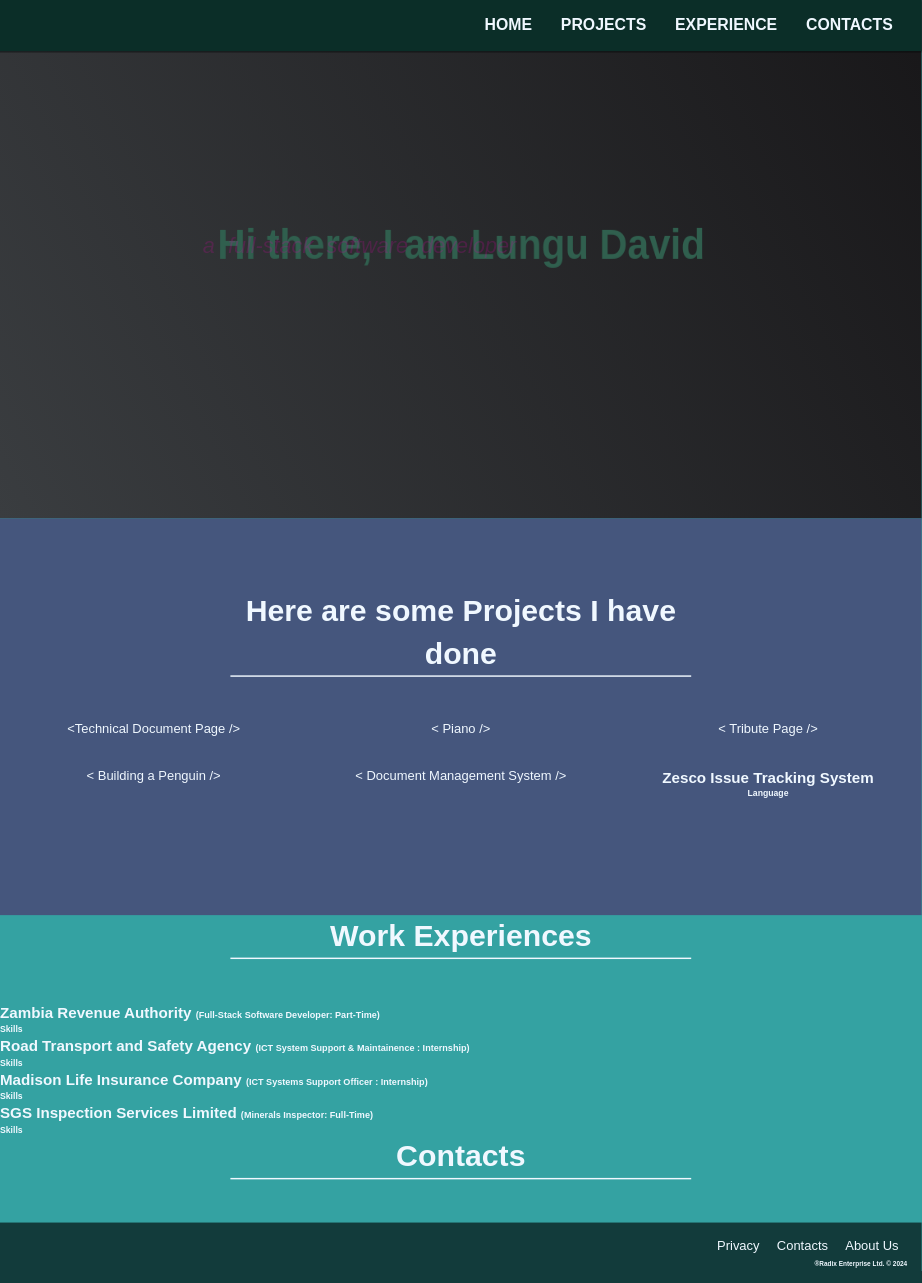
Repository: Lungdjos/personal_portifolio
Page: html/index.html
An editor plug-in stored every save of this project. The page is shown before and after a run of saves, followed by the edit.
The browser window is 1280 px wide. The pictures show the whole page, at 72% of full size.

Above is the page before, as saved 2024-02-04 00:10:53.

After the next 2 saves:
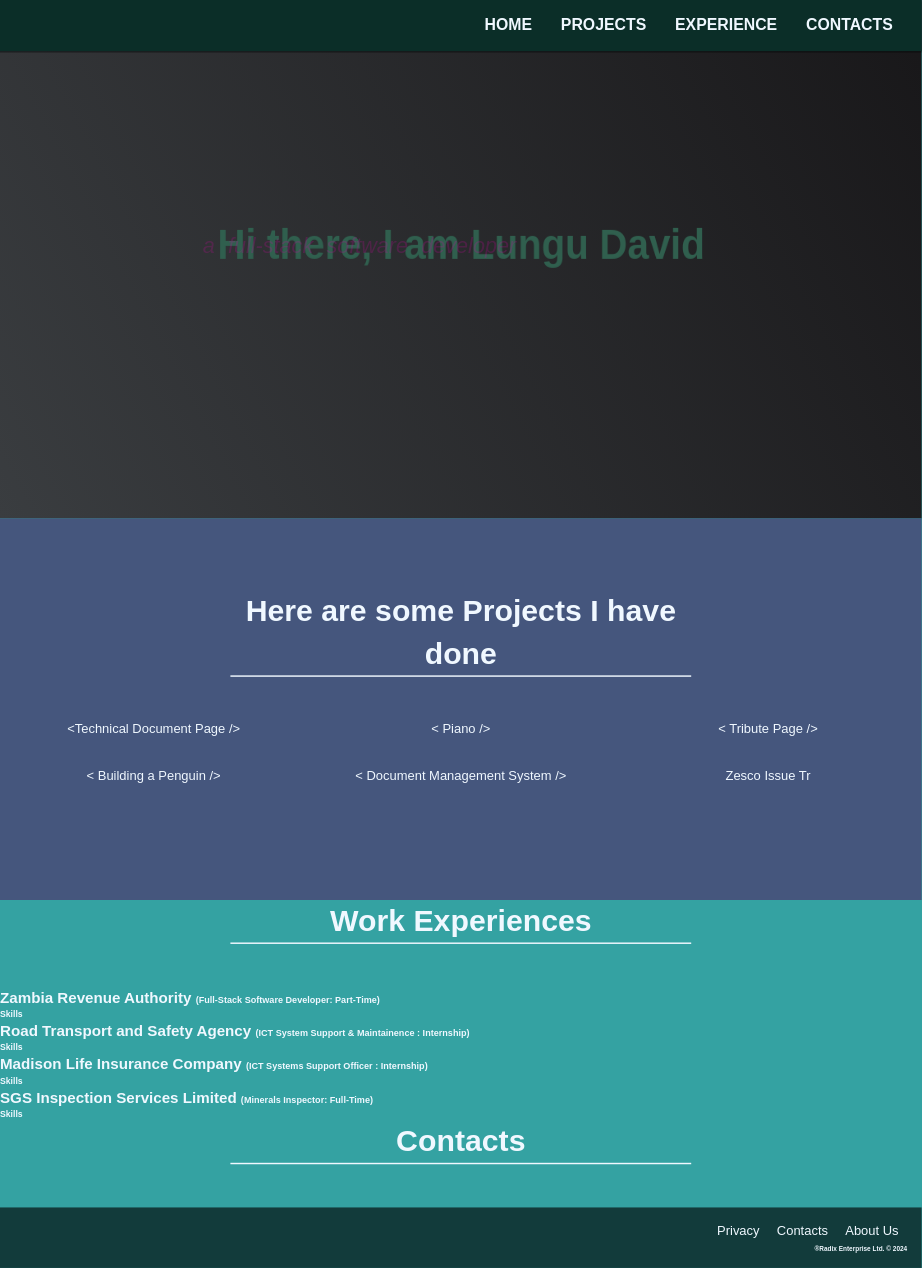
The 2 saves are shown as one change because they came seconds apart.
The last was saved 13 s later.
--- a/html/index.html
+++ b/html/index.html
@@ -75,15 +75,7 @@
                 </a>
 
                 <a href="" target="_blank" class="project project-title">
-                    <div class="projects">
-                        <h3 class="project-title">Zesco Issue Tracking System</h3>
-                        <h6 class="language">Language</h6>
-                        <p>
-                            <ul>
-                                <li></li>
-                            </ul>
-                        </p>
-                    </div>
+                    Zesco Issue Tr
                 </a>
 
             </div>
